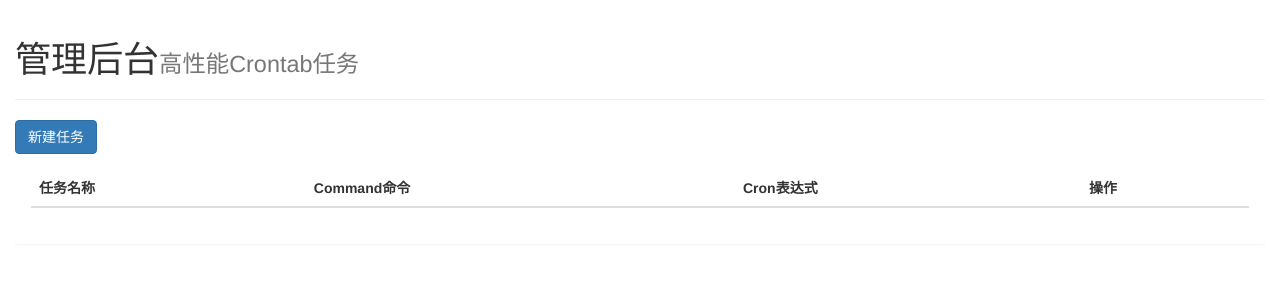
Repository: hellosz/GoCron
Page: src/master/main/public/index.html
These files come from the project's save history. The page is drawn as it stood at one moment and after the next save; the edit follows.
The browser window is 1280 px wide. The pictures show the whole page.
The page's requests for data from a server got no answer.

Above is the page before, as saved 2022-01-11 01:42:09.

After the next save:
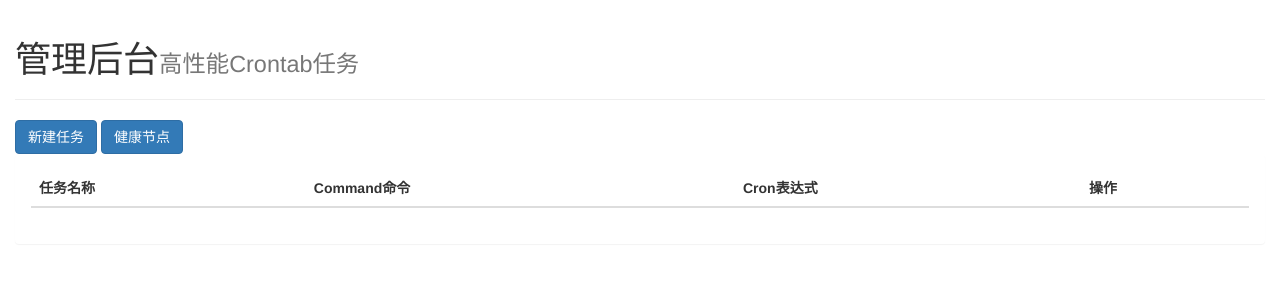
Saved 33 s later.
--- a/src/master/main/public/index.html
+++ b/src/master/main/public/index.html
@@ -27,6 +27,9 @@
                 <button type="button" class="btn btn-primary new-job">
                     新建任务
                 </button>
+                <button type="button" class="btn btn-primary list-worker">
+                    健康节点
+                </button>
             </div>
         </div>
 
